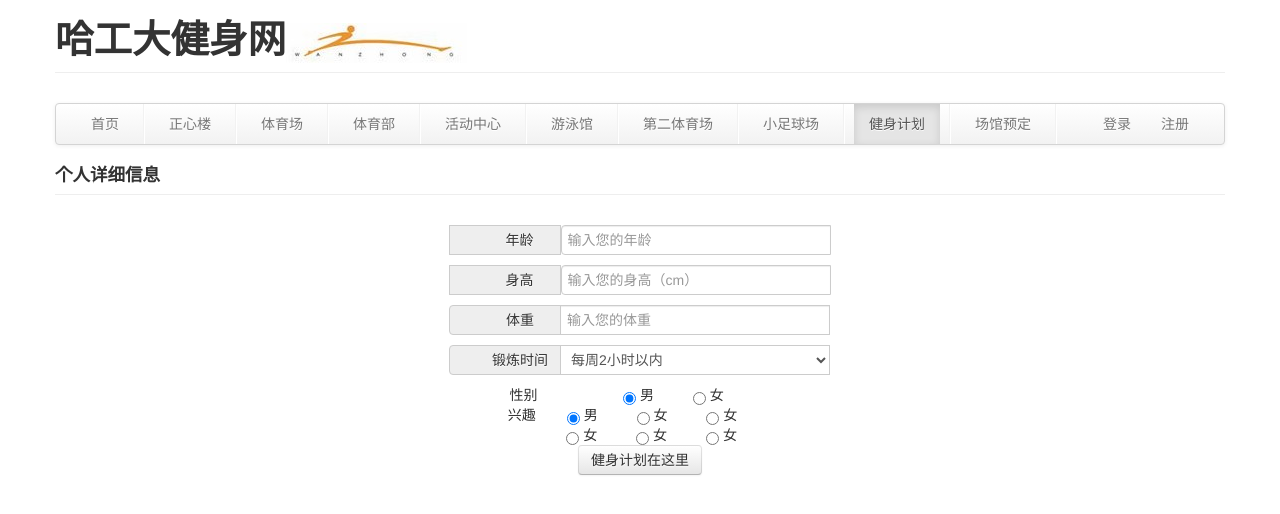
Repository: hitDeveloper/fitness
Page: http://localhost/project/myplan.jsp
An editor plug-in stored every save of this project. The page is shown before and after the next save, followed by the edit.
The browser window is 1280 px wide. The pictures show the whole page.
The page is served by Tomcat 9. Nobody is signed in. The application's start-up code is not run. Other server files are loaded and not shown.

Above is the page before, as saved 2014-11-19 01:14:46.

### Project/project/WebRoot/myplan.jsp
<%@ page language="java" import="java.util.*" pageEncoding="UTF-8"%>
<!DOCTYPE html>
<html>
<head>
<title>首页</title>
	<meta name="viewport" content="width=device-width, initial-scale=1.0"  charset="utf-8">
	<link href="bootstrap.min.css" rel="stylesheet" type="text/css" media="screen">
	<link href="bootstrap-responsive.min.css" rel="stylesheet" type="text/css">
</head>
<body>
<div class="container">
<h1 class="page-header" >哈工大健身网<img src="image/logo.jpg"></h1>
<div class="navbar">
<div class="navbar-inner">
<div class="container">
<ul class="nav">
	<li><a href="main.jsp">首页</a></li>
	<li class="divider-vertical"></li>
	<li><a href="zhengxin.jsp">正心楼</a></li>
	<li class="divider-vertical"></li>
	<li><a href="gym.jsp">体育场</a></li>
	<li class="divider-vertical"></li>
	<li><a href="tiyubu.jsp">体育部</a></li>
	<li class="divider-vertical"></li>
	<li><a href="center.jsp">活动中心</a></li>
	<li class="divider-vertical"></li>
	<li><a href="swimming.jsp">游泳馆</a></li>
	<li class="divider-vertical"></li>
	<li><a href="gym2.jsp">第二体育场</a></li>
	<li class="divider-vertical"></li>
	<li><a href="xiaozuqiuchang.jsp">小足球场</a></li>
	<li class="divider-vertical"></li>
	<li class="active"><a href="myplan.jsp">健身计划</a></li>
	<li class="divider-vertical"></li>
	<li><a href="book.jsp">场馆预定</a></li>
	<li class="divider-vertical"></li>
</ul>
<ul class="nav pull-right">
	<li><a href="login.jsp">登录</a></li>
	<li><a href="register.jsp">注册</a></li>
</ul>
</div>
</div>
</div>
<h4 class="page-header">个人详细信息</h4>
<div align="center">
<div class="input-append">
<span class="add-on"><div class="span1" align="center">年龄</div></span>
<input type="text" placeholder="输入您的年龄" class="span3" name="age" />
</div></div>
<div align="center">
<div class="input-append">
<span class="add-on"><div class="span1" align="center">身高</div></span>
<input type="password" placeholder="输入您的身高（cm）" class="span3" name="height" />
</div></div>
<div align="center">
<div class="input-prepend input-append">
<span class="add-on"><div class="span1" align="center">体重</div></span>
<input type="password" placeholder="输入您的体重" class="span3" name="weight" />
</div></div>
<div align="center">
<div class="input-prepend input-append">
<span class="add-on"><div class="span1" align="center">锻炼时间</div></span>
<select class="span3" name="payTime">
<option value="每周2小时以内">每周2小时以内</option>
<option value="每周2-5小时之间">每周2-5小时之间</option>
<option value="每周5小时以上">每周5小时以上</option>
</select>
</div></div>
<div align="center">
	 性别&nbsp;&nbsp;&nbsp;&nbsp;&nbsp;&nbsp;&nbsp;&nbsp;&nbsp;&nbsp;&nbsp;&nbsp;&nbsp;&nbsp;&nbsp;&nbsp;&nbsp;&nbsp;&nbsp;&nbsp;&nbsp;
     <input type="radio" name="gender" value="男" checked> 男&nbsp;&nbsp;&nbsp;&nbsp;&nbsp;&nbsp;&nbsp;&nbsp;&nbsp;
     <input type="radio" name="gender" value="女"> 女&nbsp;&nbsp;&nbsp;&nbsp;&nbsp;&nbsp;&nbsp;&nbsp;&nbsp;&nbsp;&nbsp;&nbsp;
</div>
<div align="center">
	 兴趣&nbsp;&nbsp;&nbsp;&nbsp;&nbsp;&nbsp;&nbsp;
     <input type="radio" name="hobby" value="男" checked> 男&nbsp;&nbsp;&nbsp;&nbsp;&nbsp;&nbsp;&nbsp;&nbsp;&nbsp;
     <input type="radio" name="hobby" value="女">         女&nbsp;&nbsp;&nbsp;&nbsp;&nbsp;&nbsp;&nbsp;&nbsp;&nbsp;
     <input type="radio" name="hobby" value="女">         女&nbsp;&nbsp;&nbsp;&nbsp;&nbsp;&nbsp;&nbsp;&nbsp;&nbsp;<br>
     &nbsp;&nbsp;&nbsp;&nbsp;&nbsp;&nbsp;&nbsp;&nbsp;&nbsp;&nbsp;&nbsp;&nbsp;&nbsp;&nbsp;
     <input type="radio" name="hobby" value="女">         女&nbsp;&nbsp;&nbsp;&nbsp;&nbsp;&nbsp;&nbsp;&nbsp;&nbsp;
     <input type="radio" name="hobby" value="女">         女&nbsp;&nbsp;&nbsp;&nbsp;&nbsp;&nbsp;&nbsp;&nbsp;&nbsp;
     <input type="radio" name="hobby" value="女">         女&nbsp;&nbsp;&nbsp;&nbsp;&nbsp;&nbsp;&nbsp;&nbsp;&nbsp;
</div>
<div align="center">
	<input class="btn" type="submit" value="健身计划在这里"/>
</div>

</div>
		<script src="jquery-1.11.1.min.js"></script>
		<script src="bootstrap.min.js"></script>
</body>
</html>

Loaded but not shown: Project/project/WebRoot/bootstrap.min.css (library); Project/project/WebRoot/bootstrap-responsive.min.css (library); Project/project/WebRoot/jquery-1.11.1.min.js (library); Project/project/WebRoot/bootstrap.min.js (library)

After the next save:
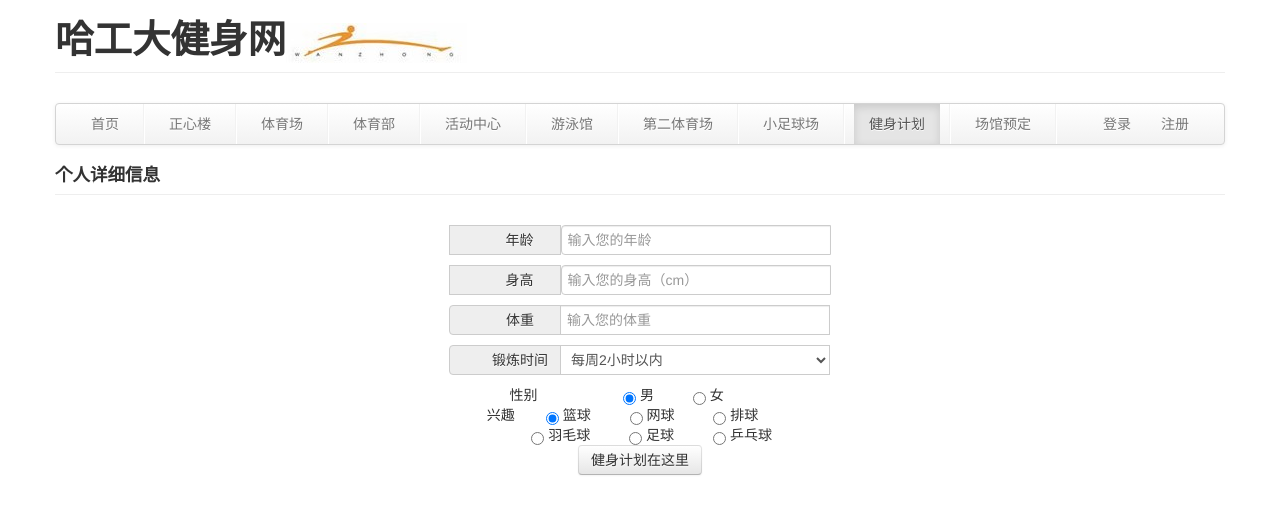
Saved 93 s later.
--- a/Project/project/WebRoot/myplan.jsp
+++ b/Project/project/WebRoot/myplan.jsp
@@ -74,13 +74,13 @@
 </div>
 <div align="center">
 	 兴趣&nbsp;&nbsp;&nbsp;&nbsp;&nbsp;&nbsp;&nbsp;
-     <input type="radio" name="hobby" value="男" checked> 男&nbsp;&nbsp;&nbsp;&nbsp;&nbsp;&nbsp;&nbsp;&nbsp;&nbsp;
-     <input type="radio" name="hobby" value="女">         女&nbsp;&nbsp;&nbsp;&nbsp;&nbsp;&nbsp;&nbsp;&nbsp;&nbsp;
-     <input type="radio" name="hobby" value="女">         女&nbsp;&nbsp;&nbsp;&nbsp;&nbsp;&nbsp;&nbsp;&nbsp;&nbsp;<br>
+     <input type="radio" name="hobby" value="篮球" checked> 篮球&nbsp;&nbsp;&nbsp;&nbsp;&nbsp;&nbsp;&nbsp;&nbsp;&nbsp;
+     <input type="radio" name="hobby" value="网球">         网球&nbsp;&nbsp;&nbsp;&nbsp;&nbsp;&nbsp;&nbsp;&nbsp;&nbsp;
+     <input type="radio" name="hobby" value="排球">         排球&nbsp;&nbsp;&nbsp;&nbsp;&nbsp;&nbsp;&nbsp;&nbsp;&nbsp;<br>
      &nbsp;&nbsp;&nbsp;&nbsp;&nbsp;&nbsp;&nbsp;&nbsp;&nbsp;&nbsp;&nbsp;&nbsp;&nbsp;&nbsp;
-     <input type="radio" name="hobby" value="女">         女&nbsp;&nbsp;&nbsp;&nbsp;&nbsp;&nbsp;&nbsp;&nbsp;&nbsp;
-     <input type="radio" name="hobby" value="女">         女&nbsp;&nbsp;&nbsp;&nbsp;&nbsp;&nbsp;&nbsp;&nbsp;&nbsp;
-     <input type="radio" name="hobby" value="女">         女&nbsp;&nbsp;&nbsp;&nbsp;&nbsp;&nbsp;&nbsp;&nbsp;&nbsp;
+     <input type="radio" name="hobby" value="羽毛球">         羽毛球&nbsp;&nbsp;&nbsp;&nbsp;&nbsp;&nbsp;&nbsp;&nbsp;&nbsp;
+     <input type="radio" name="hobby" value="足球">         足球&nbsp;&nbsp;&nbsp;&nbsp;&nbsp;&nbsp;&nbsp;&nbsp;&nbsp;
+     <input type="radio" name="hobby" value="乒乓球">         乒乓球&nbsp;&nbsp;&nbsp;&nbsp;&nbsp;&nbsp;&nbsp;&nbsp;&nbsp;
 </div>
 <div align="center">
 	<input class="btn" type="submit" value="健身计划在这里"/>
